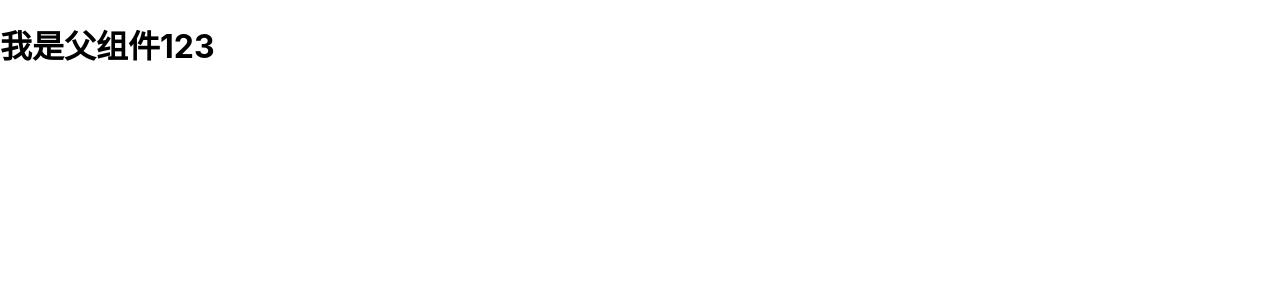
Repository: AprilChou4/cra-demo
Page: /
The author's editor kept a copy of each file at every save. The page is drawn from the files as they stood at one save, then again after the next save.
The browser window is 1280 px wide. The pictures show the whole page.
The project was rebuilt for these pictures with package versions that can differ from the ones it lists, and the page was loaded fresh each time. Also part of the build but not shown: src/component/ReactLife/Child.jsx.

Above is the page before, as saved 2021-02-24 11:44:29.

After the next save:
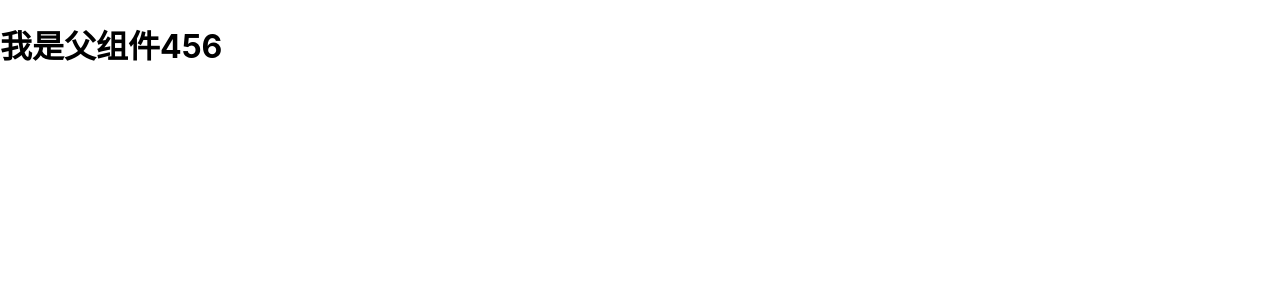
Saved 24 s later.
--- a/src/component/ReactLife/Father.jsx
+++ b/src/component/ReactLife/Father.jsx
@@ -24,6 +24,9 @@
 
   componentDidMount() {
     console.log('----father----componentDidMount------');
+    this.setState({
+      fatherAge: 456,
+    });
   }
 
   render() {

After the save that followed:
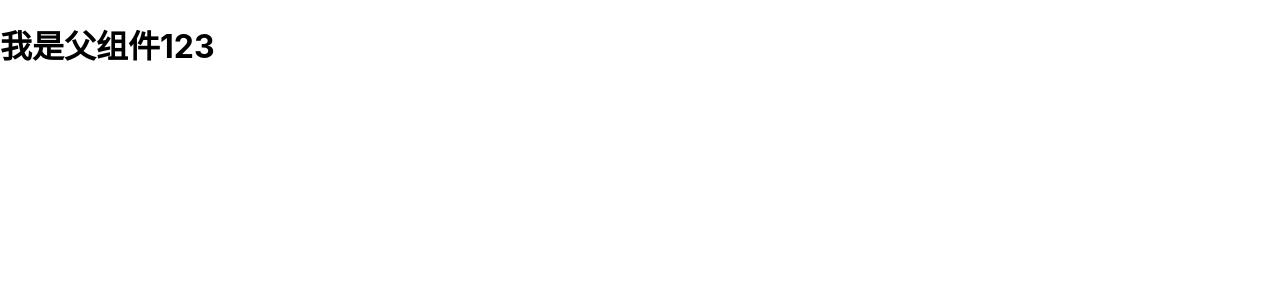
Saved 57 s later.
--- a/src/component/ReactLife/Father.jsx
+++ b/src/component/ReactLife/Father.jsx
@@ -25,7 +25,7 @@
   componentDidMount() {
     console.log('----father----componentDidMount------');
     this.setState({
-      fatherAge: 456,
+      fatherAge: 123,
     });
   }
 
